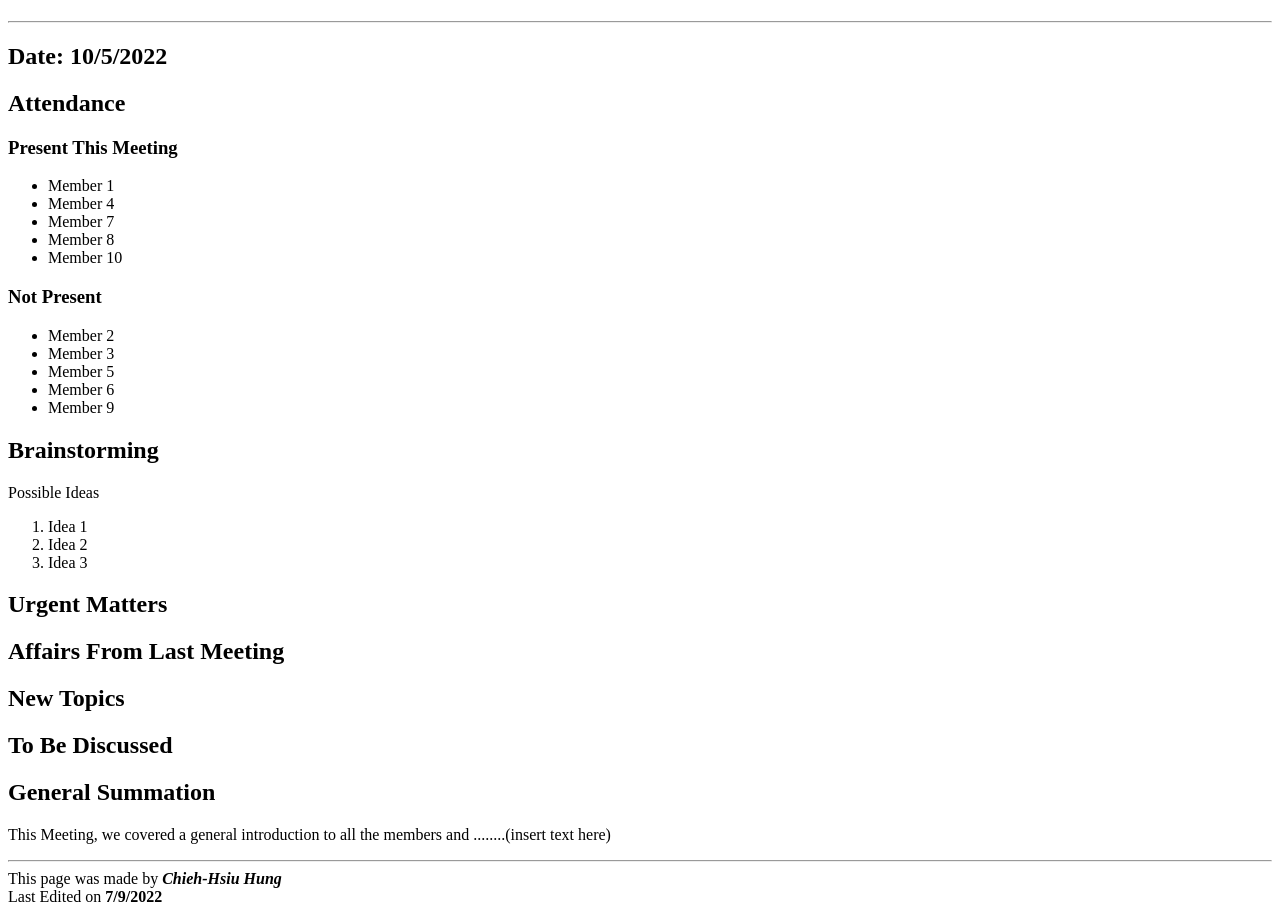
Repository: Chieh0501/fa22-cse110-lab3
Page: index.html
These files come from the project's save history. The page is drawn as it stood at one moment and after the next save; the edit follows.
The browser window is 1280 px wide. The pictures show the part of the page from y = 407 to 1359 px (the page is 1321 px tall before and 1359 px after).
A picture or video elsewhere on the page could not be fetched, so the positions and the page height are approximate.

Above is the page before, as saved 2022-10-05 12:04:29.

### index.html
<!DOCTYPE html>
<html lang="en">

<head>
	<meta charset="utf-8" />
	<meta name="description" content="Team 2 Meeting Notes" />
	<meta name="keywords" content="HTML, CSS, JavaScript" />
	<meta name="author" content="Chieh-Hsiu Hung" />
	<meta name="viewport" content="width=device-width, initial-scale=1.0" />
	<title>Team 2 Meeting Notes</title>
	<link href="images/favicons/favicon.ico" rel="icon" />
	<!-- <link href="styles/main.css" rel="stylesheet" /> -->
	<!-- <script>
		window.addEventListener('load', function () {
			let time = window.performance.timing,
				complete = time.domComplete - time.domLoading;
			document.getElementById('page-load-info').innerHTML = `<strong>Page Loaded in ${parseInt(complete)}ms
			 on ${new Date().toLocaleString("en-US")}</strong>`;
		});
	</script> -->

</head>

<body>
	<header>
		<header>
			<img src="images/demo-logo.png" alt="Demo Team Logo">
			<hr />
			<nav>
				<a href="index.html">Home</a>
				<a href="images.html">Diagrams/Pictures</a>
				<a href="multimedia.html">Audio/Video Backup</a>
				<a href="questions.html">Question Board</a>
			</nav>
		</header>
	</header>

	<main>
		<h1 id="top">Team 2 Introductory Meeting</h1>
		<hr />
		<h2>Date: 10/5/2022</h2>
		<section>
			<h2>Attendance</h2>
			<!-- <form>
				Add Checkbox state with JS later
				<input type="checkbox" id="member1" name="member1" value="chung">
				<label for="vehicle1"> Chieh-Hsiu Hung</label><br>
				<input type="checkbox" id="member2" name="member2" value="avalliani">
				<label for="vehicle1"> Amaar Valliani</label><br>
				<input type="checkbox" id="member3" name="member3" value="ajia">
				<label for="vehicle1"> Andrew Jia</label><br>
				<input type="checkbox" id="member4" name="member4" value="ivarela">
				<label for="vehicle1"> Issac Varela</label><br>
				<input type="checkbox" id="member5" name="member5" value="lnguyen">
				<label for="vehicle1"> Liam Nguyen</label><br>
				<input type="checkbox" id="member6" name="member6" value="nrao">
				<label for="vehicle1"> Nikhil Rao</label><br>
				<input type="checkbox" id="member7" name="member7" value="sdadhwal">
				<label for="vehicle1"> Sahil Dadhwal</label><br>
				<input type="checkbox" id="member8" name="member8" value="tkoon">
				<label for="vehicle1"> Thomas Koon</label><br>
				<input type="checkbox" id="member9" name="member9" value="ycao">
				<label for="vehicle1"> Yingqi Cao</label><br>
				<input type="checkbox" id="member10" name="member10" value="yxu">
				<label for="vehicle1"> YunXiao Xu</label><br>
				<input type="submit" value="Submit">
			  </form> -->
			  <h3>Present This Meeting</h3>
			  <ul>
				<li>Member 1</li>
				<li>Member 4</li>
				<li>Member 7</li>
				<li>Member 8</li>
				<li>Member 10</li>
			  </ul>
			  <h3>Not Present</h3>
			  <ul>
				<li>Member 2</li>
				<li>Member 3</li>
				<li>Member 5</li>
				<li>Member 6</li>
				<li>Member 9</li>
			  </ul>
		</section>
		<section>
			<h2>Brainstorming</h2>
			<div>Possible Ideas</div>
			<ol>
				<li>Idea 1</li>
				<li>Idea 2</li>
				<li>Idea 3</li>
			  </ol>
		</section>
		<section>
			<h2>Urgent Matters</h2>
		</section>
		<section>
			<h2>Affairs From Last Meeting</h2>
		</section>
		<section>
			<h2>New Topics</h2>
		</section>
		<section>
			<h2>To Be Discussed</h2>
		</section>
		<section>
			<h2>General Summation</h2>
			<p>This Meeting, we covered a general introduction to all the members and ........(insert text here)</p>
		</section>
	</main>

	<footer>
		<hr />
		<div>This page was made by <i><b>Chieh-Hsiu Hung</b></i></div>
		<aside>Last Edited on <strong>7/9/2022</strong></aside>
	</footer>
</body>

</html>

After the next save:
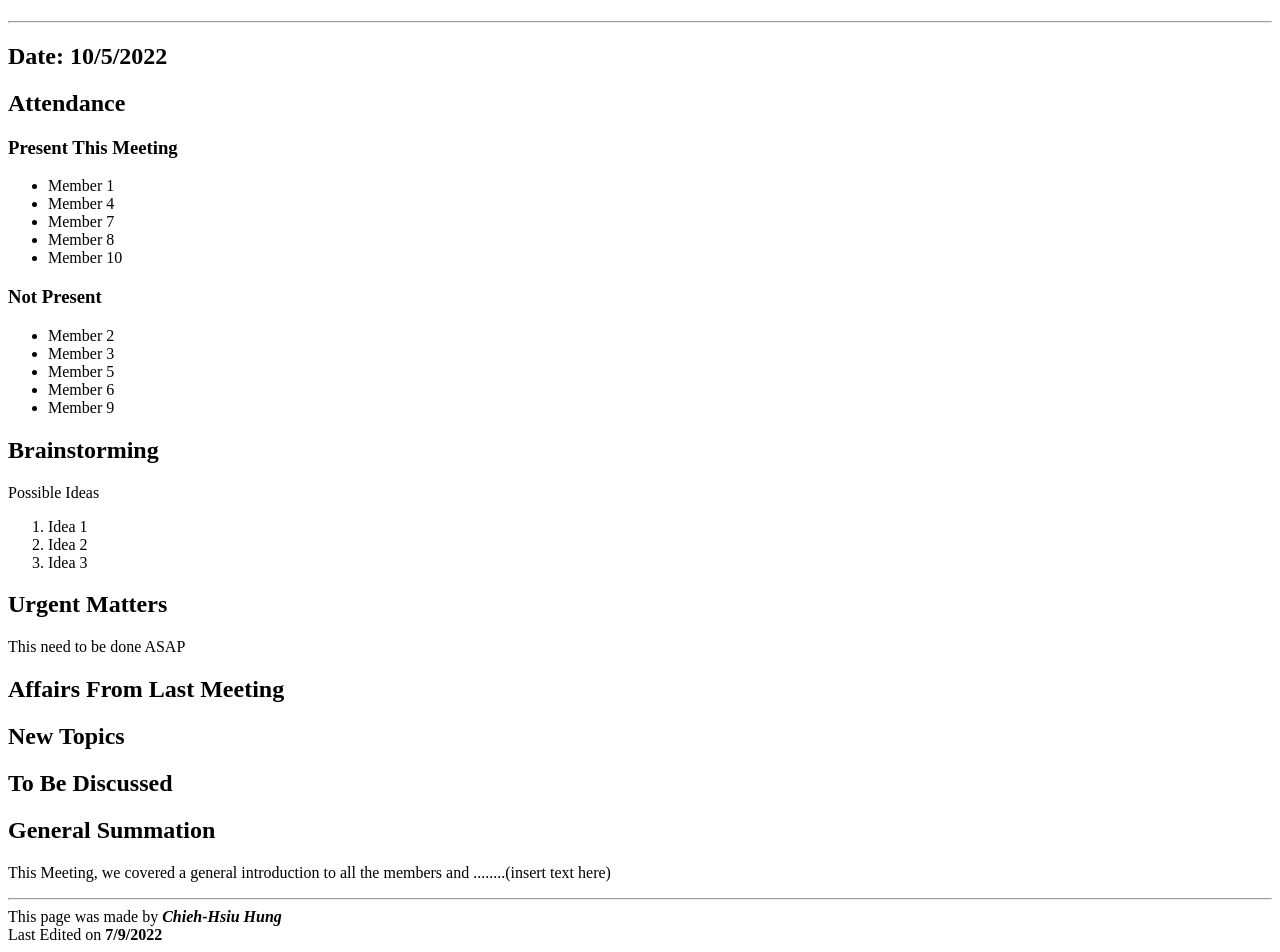
Saved 56 s later.
--- a/index.html
+++ b/index.html
@@ -93,6 +93,7 @@
 		</section>
 		<section>
 			<h2>Urgent Matters</h2>
+			<p><span>This need to be done ASAP</span></p>
 		</section>
 		<section>
 			<h2>Affairs From Last Meeting</h2>
